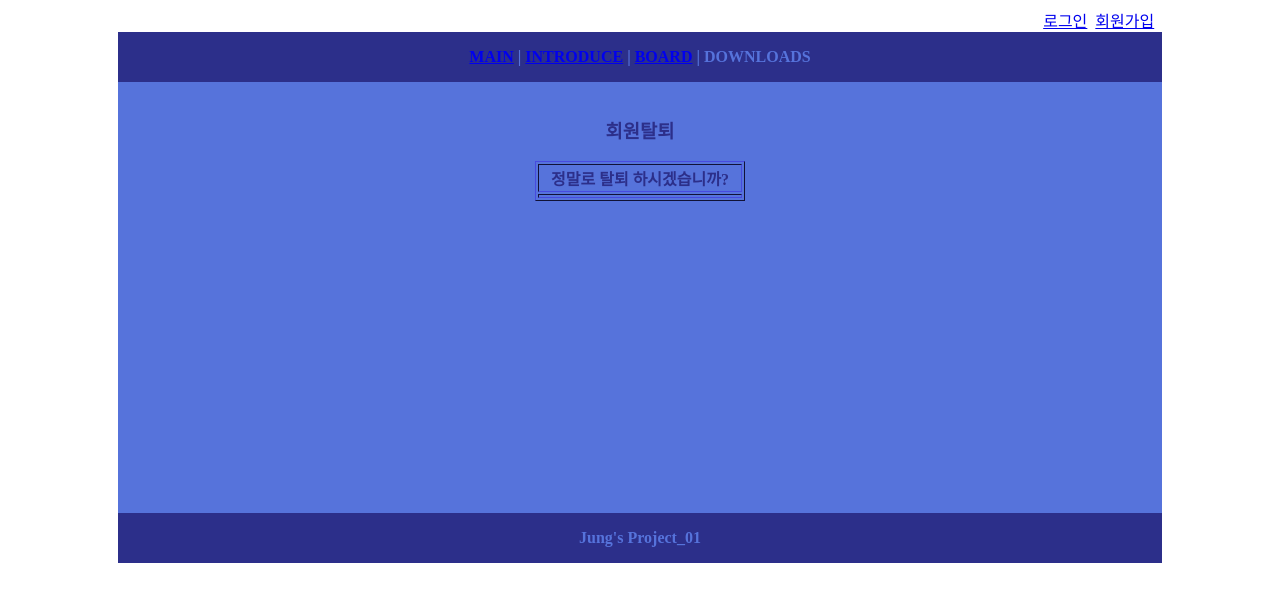
Repository: asas6306/Jungs_
Page: http://localhost/Board-Project1/WEB-INF/JSP/resignCheck.jsp
An editor plug-in stored every save of this project. The page is shown before and after a run of saves, followed by the edit.
The browser window is 1280 px wide. The pictures show the whole page.
The page is served by Tomcat 9. Nobody is signed in. Other server files are loaded and not shown. The template is opened directly, without the code that normally fills it, so the values that code supplies are empty.

Above is the page before, as saved 2021-01-27 07:38:13.

### Board-Project1/WebContent/WEB-INF/JSP/resignCheck.jsp
<%@ page language="java" contentType="text/html; charset=UTF-8"
	pageEncoding="UTF-8"%>
<jsp:include page="/layout/header.jsp" />

<table border="1" class="table">
	<caption>
		<h3>회원탈퇴</h3>
	</caption>
	<tr>
		<th>정말로 탈퇴 하시겠습니까?</th>
	</tr>
	<tr>
		<td width="200px"></td>
	</tr>

</table>

<jsp:include page="/layout/footer.jsp" />

### Board-Project1/WebContent/layout/header.jsp
<%@ page language="java" contentType="text/html; charset=UTF-8"
	pageEncoding="UTF-8"%>
<%@ taglib prefix="c" uri="http://java.sun.com/jsp/jstl/core"%>
<!DOCTYPE html>
<html>
<head>
<meta charset="UTF-8">
<title>Jung's Board Project_01</title>
<link rel="stylesheet" type="text/css"
	href="/Board-Project1/layout/layout.css">
</head>
<body>
	<div align="center">
		<div style="width: 82%" align="right">
			<c:choose>
				<c:when test="${m.state}">
					<a>${m.nickname}님 환영합니다!</a>&nbsp
					<a href="/Board-Project1/member.do?action=doLogout">로그아웃</a>&nbsp
					<a href="/Board-Project1/member.do?action=mypage">마이페이지</a>&nbsp
					<c:choose>
						<c:when test="${m.state}">
							<a href="/Board-Project1/management.do">관리페이지</a>&nbsp
						</c:when>
					</c:choose>
				</c:when>
				<c:when test="${!m.state}">
					<a href="/Board-Project1/member.do?action=login">로그인</a>&nbsp
					<a href="/Board-Project1/member.do?action=signup">회원가입</a>&nbsp
				</c:when>
			</c:choose>
		</div>
		<div class="header" align="center">
			<a href="/Board-Project1/main.do">MAIN</a> | <a
				href="/Board-Project1/main.do?action=introduce">INTRODUCE</a> | <a
				href="/Board-Project1/article.do?action=list">BOARD</a> | DOWNLOADS
		</div>
		<div class="main" align="center">
			<!-- haeder -->

### Board-Project1/WebContent/layout/footer.jsp

<!-- footer -->
</div>
<div class="footer" align="center">Jung's Project_01</div>
</div>
</body>
</html>

### Board-Project1/WebContent/layout/layout.css
@charset "UTF-8";

.headertop {
	width: 80%;
}

.header, .footer {
	width: 80%;
	padding: 1em;
	background: #2C2F8A;
	color: #5673DB;
	font: sans-serif;
	font-weight: bold;
}

.main {
	width: 80%;
	padding: 1em;
	min-height: 400px;
	padding-top: 15px;
	background: #5673DB;
	color: #BADCF5;
}

.table {
	border: 2px thin;
	border-color: #2C2F8A;
	font: sans-serif;
	font-style: normal;
	color: #2C2F8A;
}

After the next 2 saves:
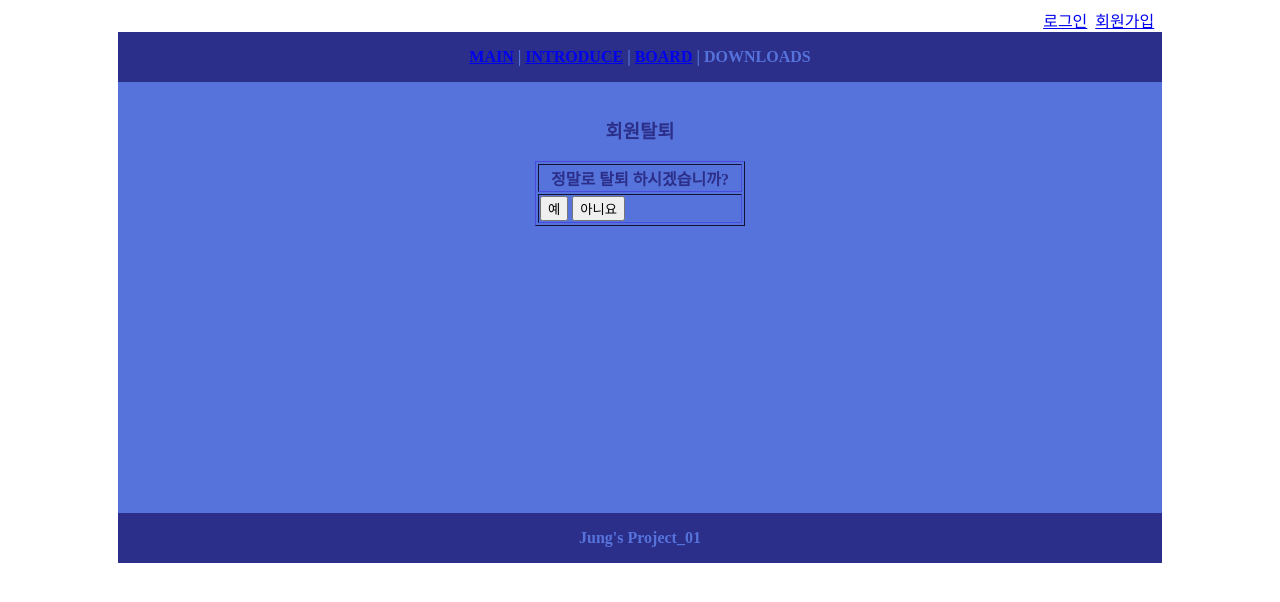
The 2 saves are shown as one change because they came seconds apart.
The last was saved 34 s later.
--- a/Board-Project1/WebContent/WEB-INF/JSP/resignCheck.jsp
+++ b/Board-Project1/WebContent/WEB-INF/JSP/resignCheck.jsp
@@ -10,7 +10,10 @@
 		<th>정말로 탈퇴 하시겠습니까?</th>
 	</tr>
 	<tr>
-		<td width="200px"></td>
+		<td width="200px">
+			<input type="button" value="예">
+			<input type="button" value="아니요">
+		</td>
 	</tr>
 
 </table>
